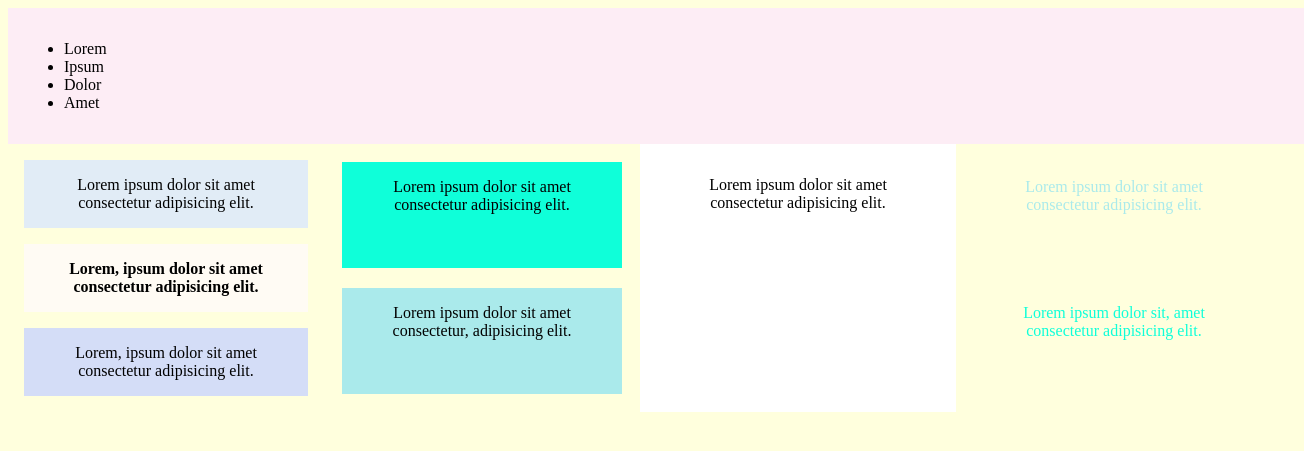
Repository: HTML-a-CSS-2/projekt-portfolio-Angelina555555
Page: .github/index.html
These files come from the project's save history. The page is drawn as it stood at one moment and after the next save; the edit follows.
The browser window is 1280 px wide. The page is 1304 px wide, so the pictures cover 1304 px, including what lies to the right of the window. The pictures show the whole page.

Above is the page before, as saved 2022-05-15 20:16:48.

### .github/index.html
<!DOCTYPE html>
<html lang="en">
  <head>
    <meta charset="UTF-8" />
    <meta http-equiv="X-UA-Compatible" content="IE=edge" />
    <meta name="viewport" content="width=device-width, initial-scale=1.0" />
    <link rel="stylesheet" href="default.css" />
    <title>Document</title>
  </head>
  <body>
    <div class="menu">
      <ul id="nav">
        <li>Lorem</li>
        <li>Ipsum</li>
        <li>Dolor</li>
        <li>Amet</li>
      </ul>
    </div>
    <div class="container">
      <div class="article">
        <div class="article__element-jeden article__element-jeden--blue">
          Lorem ipsum dolor sit amet consectetur adipisicing elit.
        </div>
        <div
          class="article__element-dva article__element-dva--pink article__element-dva--big"
        >
          Lorem, ipsum dolor sit amet consectetur adipisicing elit.
        </div>
        <div class="article__element-tri article__element-tri--purple">
          Lorem, ipsum dolor sit amet consectetur adipisicing elit.
        </div>
      </div>
      <div class="age">
        <div class="age__element-ctyri age__element-ctyri--green">
          Lorem ipsum dolor sit amet consectetur adipisicing elit.
        </div>
        <div class="age__element-pet age__element-pet--mint">
          Lorem ipsum dolor sit amet consectetur, adipisicing elit.
        </div>
      </div>
      <div class="leader">
        <div class="leader__element-sest leader__element-sest--padding-small">
          Lorem ipsum dolor sit amet consectetur adipisicing elit.
        </div>
      </div>
      <div class="blok-posledni">
        <div
          class="blok-posledni__element-osm blok-posledni__element-osm--mint"
        >
          Lorem ipsum dolor sit amet consectetur adipisicing elit.
        </div>
        <div
          class="blok-posledni__element-devet blok-posledni__element-devet--green"
        >
          Lorem ipsum dolor sit, amet consectetur adipisicing elit.
        </div>
      </div>
    </div>
  </body>
</html>

### .github/default.css
body {
  background-color: #ffffdd;
}
.container {
  display: grid;
  grid-template-columns: repeat(auto-fit, minmax(240px, 1fr));
  grid-template-rows: 1fr 1fr;
}
.menu {
  width: 100%;
  height: 20%;
  grid-column-end: span 3;
  background-color: #fdedf5;
  padding: 1rem;
  font-size: 1rem;
}

.article,
.age,
.leader,
.blok-posledni {
  padding: 1rem;
  display: flex;
  flex-wrap: wrap;
  text-align: center;
  gap: 1rem;
}

.article__element-jeden,
.article__element-dva,
.article__element-tri {
  display: flex;
  justify-content: center;
  align-items: center;
  padding: 1rem 1rem;

  font-size: 1rem;
}

.article__element-jeden--blue {
  background-color: #e1ecf6;
}
.article__element-dva--pink {
  background-color: #fffbf4;
}
.article__element-tri--purple {
  background-color: #d4ddf7;
}

.article__element-dva--big {
  font-weight: bold;
}

.age__element-ctyri,
.age__element-pet,
.leader__element-sest,
.blok-posledni__element-osm,
.blok-posledni__element-devet {
  padding: 1rem 1rem;
  margin: 2px;
  font-size: 1rem;
}

.age__element-ctyri--green {
  background-color: #0fffd9;
}
.age__element-pet--mint {
  background-color: #aaeaeb;
}
.leader {
  background-color: white;
}
.leader__element-sest--padding-small {
  padding: 0.9rem;
}
.blok-posledni__element-osm--mint {
  color: #aaeaeb;
  grid-column-start: 4;
}

.blok-posledni__element-devet--green {
  color: #0fffd9;
}

After the next save:
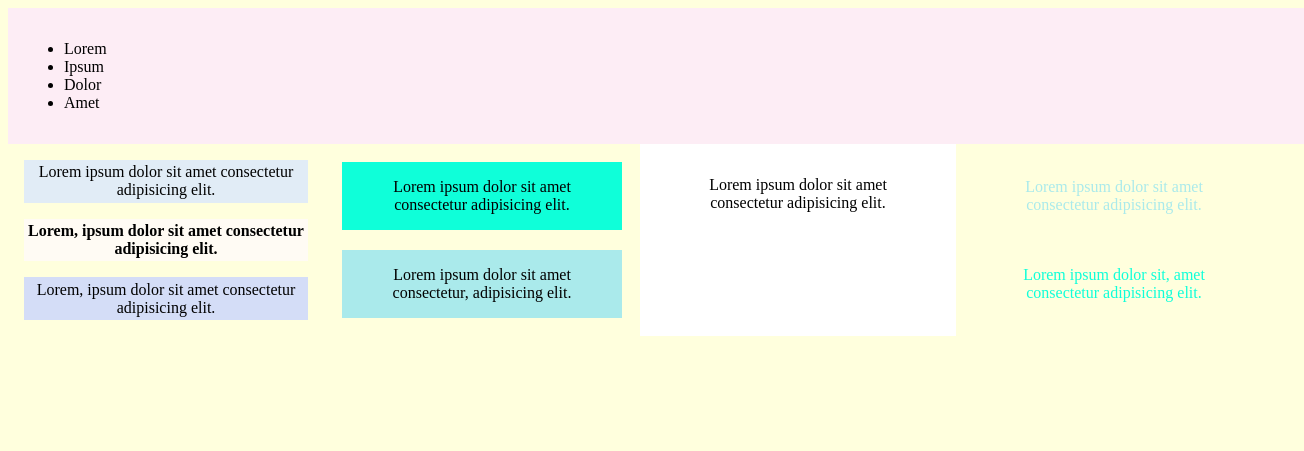
Saved 17 min 43 s later.
--- a/.github/default.css
+++ b/.github/default.css
@@ -32,7 +32,6 @@
   display: flex;
   justify-content: center;
   align-items: center;
-  padding: 1rem 1rem;
 
   font-size: 1rem;
 }
@@ -75,7 +74,6 @@
 }
 .blok-posledni__element-osm--mint {
   color: #aaeaeb;
-  grid-column-start: 4;
 }
 
 .blok-posledni__element-devet--green {

After the save that followed:
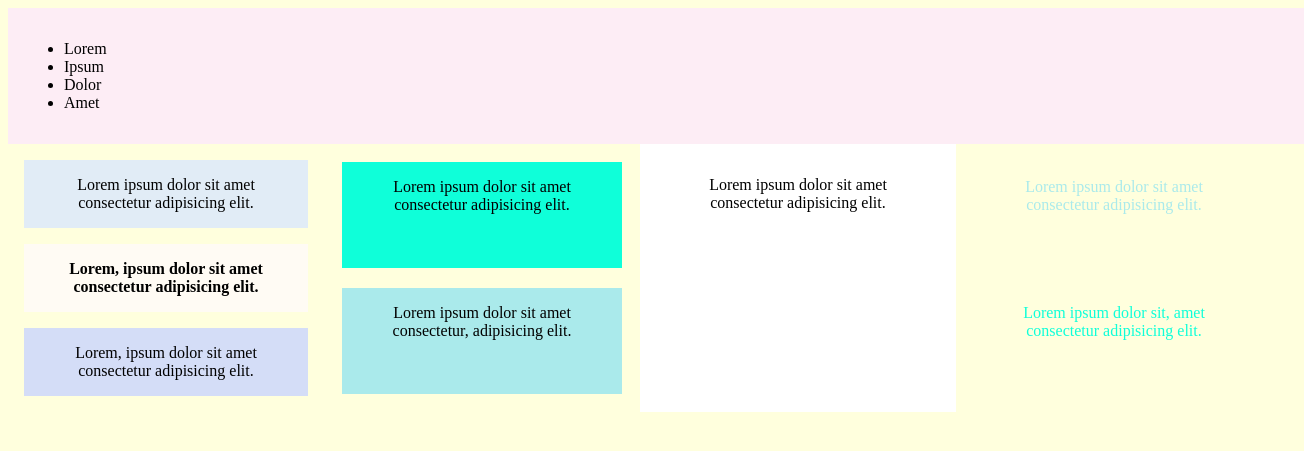
Saved 36 s later.
--- a/.github/default.css
+++ b/.github/default.css
@@ -32,7 +32,7 @@
   display: flex;
   justify-content: center;
   align-items: center;
-
+  padding: 1rem;
   font-size: 1rem;
 }
 
